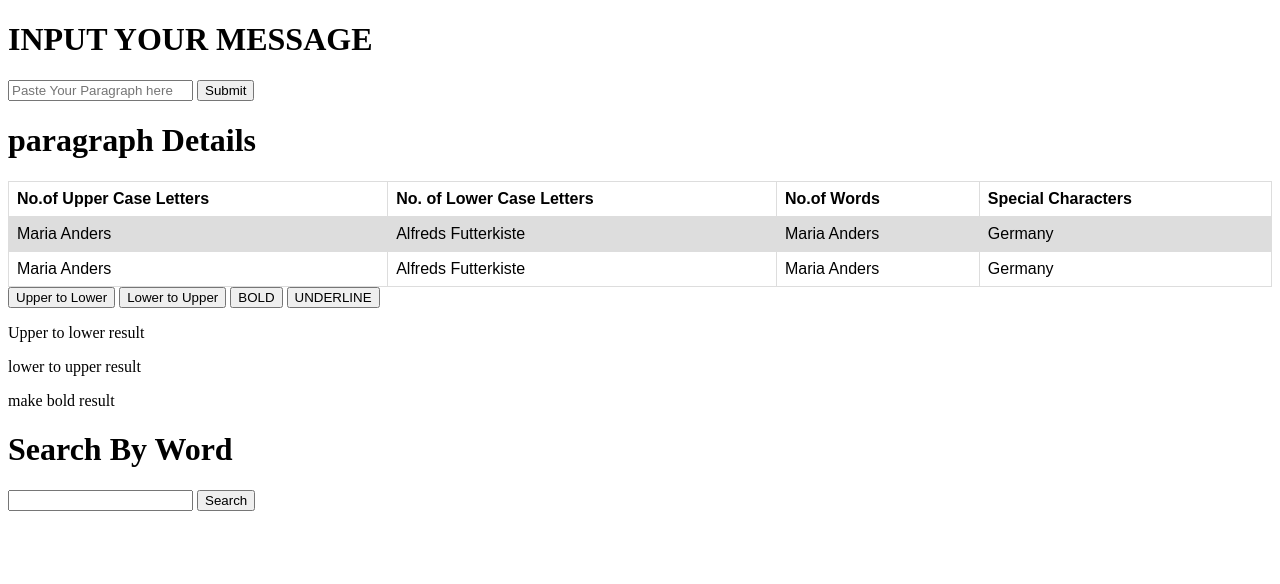
Repository: SharonSebastian32/Paragraph_management_application
Page: index.html
These files come from the project's save history. The page is drawn as it stood at one moment and after the next save; the edit follows.
The browser window is 1280 px wide. The pictures show the whole page.

Above is the page before, as saved 2024-08-22 14:41:01.

### index.html
<!DOCTYPE html>
<html lang="en">
  <head>
    <meta charset="UTF-8" />
    <meta name="viewport" content="width=device-width, initial-scale=1.0" />
    <title>Document</title>
    <link rel="stylesheet" href="./Style.css" />
  </head>
  <body>
    <div class="container">
      <h1>INPUT YOUR MESSAGE</h1>
      <form action="">
        <input
          type="textarea"
          name=""
          id=""
          placeholder="Paste Your Paragraph here"
        />
        <button>Submit</button>
      </form>
    </div>

    <div>
      <h1>paragraph Details</h1>
      <table>
        <tr>
          <th>No.of Upper Case Letters</th>
          <th>No. of Lower Case Letters</th>
          <th>No.of Words</th>
          <th>Special Characters</th>
        </tr>
        <tr>
          <td>Maria Anders</td>
          <td>Alfreds Futterkiste</td>
          <td>Maria Anders</td>
          <td>Germany</td>
        </tr>
        <tr>
          <td>Maria Anders</td>
          <td>Alfreds Futterkiste</td>
          <td>Maria Anders</td>
          <td>Germany</td>
        </tr>
      </table>
    </div>
    <div>
      <button>Upper to Lower</button>
      <button>Lower to Upper</button>
      <button>BOLD</button>
      <button>UNDERLINE</button>
    </div>
    <p id="uppertoLower">Upper to lower result</p>
    <p id="lowertoUpper">lower to upper result</p>
    <p id="boldPara">make bold result</p>
    <p id="unerlinePara"></p>
    <div>
      <h1>Search By Word</h1>
      <input type="text" name="" id="" />
      <button>Search</button>
    </div>
  </body>
</html>

Loaded but not shown: Style.css (common file)

After the next save:
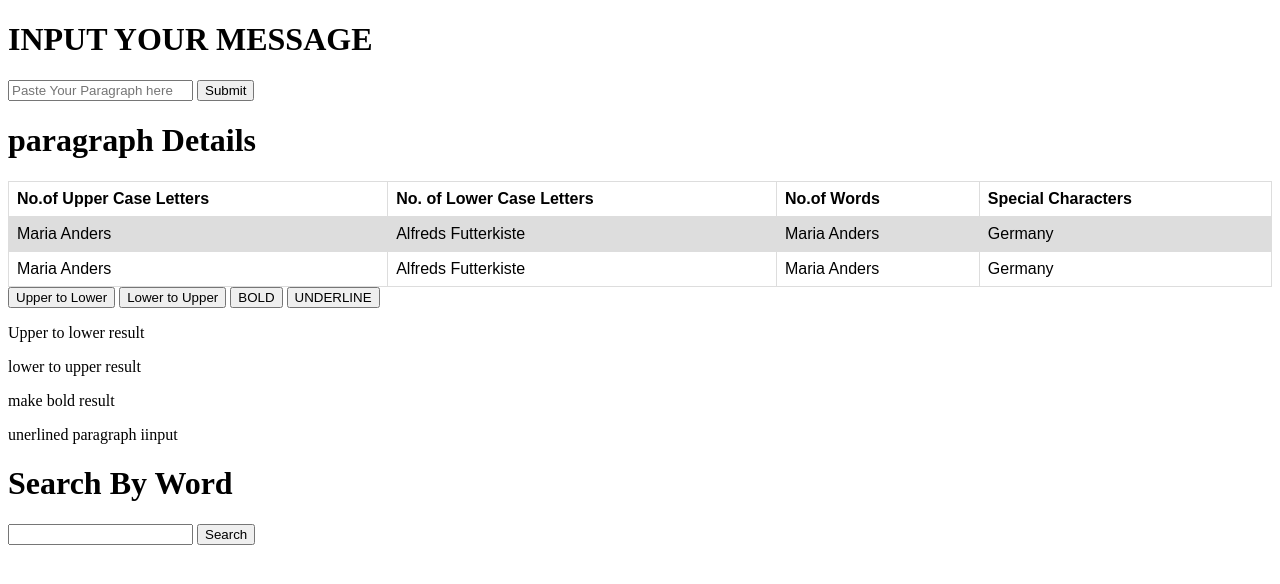
Saved 10 s later.
--- a/index.html
+++ b/index.html
@@ -52,7 +52,7 @@
     <p id="uppertoLower">Upper to lower result</p>
     <p id="lowertoUpper">lower to upper result</p>
     <p id="boldPara">make bold result</p>
-    <p id="unerlinePara"></p>
+    <p id="unerlinePara">unerlined paragraph iinput</p>
     <div>
       <h1>Search By Word</h1>
       <input type="text" name="" id="" />
